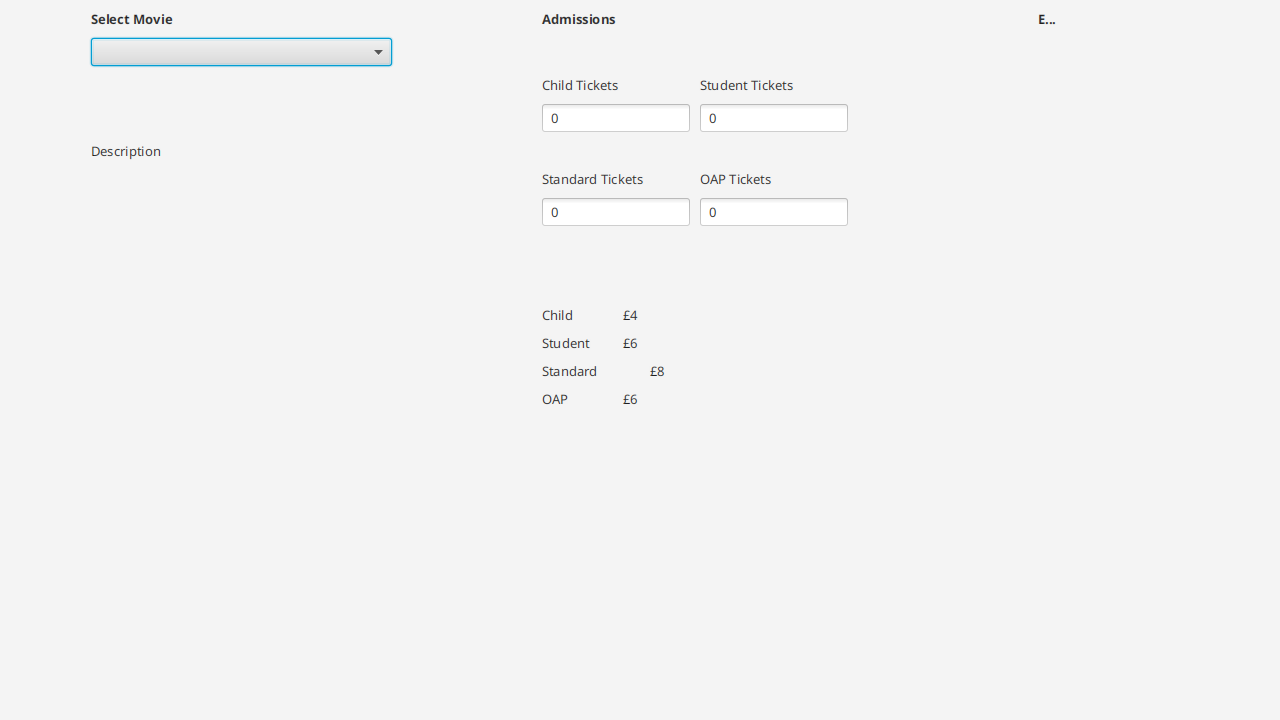
Repository: Singh94/QA-Assessment
Program's window: java QA Cinema/src/qa_cinema/Main.java
An editor plug-in stored every save of this project. The program's window is shown before and after the next save, followed by the edit.
It runs on Java 21 on a 1366 x 768 screen with JavaFX 11; the title bar is not drawn.

Above is the program's window before, as saved 2017-10-25 17:31:39.

### QA Cinema/src/qa_cinema/Main.java
package qa_cinema;

import javafx.application.Application;
import javafx.fxml.FXMLLoader;
import javafx.stage.Stage;
import qa_cinema.Tickets.AdultTicket;
import qa_cinema.Tickets.ChildTicket;
import qa_cinema.Tickets.OAPTicket;
import qa_cinema.Tickets.StudentTicket;
import qa_cinema.Tickets.Tickets;
import qa_cinema.movies.movies.Movies;
import javafx.scene.Parent;
import javafx.scene.Scene;
import javafx.scene.control.Alert;
import javafx.scene.control.Alert.AlertType;
import javafx.scene.control.Button;
import javafx.scene.control.ComboBox;
import javafx.scene.control.Label;
import javafx.scene.control.TextField;
import javafx.scene.layout.BorderPane;
import javafx.scene.layout.GridPane;
import javafx.scene.layout.HBox;
import javafx.scene.layout.StackPane;
import javafx.scene.layout.VBox;

import java.text.DateFormatSymbols;
import java.util.Calendar;


public class Main extends Application {

	protected int totalTickets;
	private static int total;
	private int totalPrice;
	private String isWed;
	private int discountFactor = 2;


	public static void main(String[] args) {
		launch(args);
	}

	@Override
	public void start(Stage primaryStage) throws Exception {
		Label lbl_selectMovie = new Label("Select Movie");
			ComboBox<Movies> cbxMovies = new ComboBox<Movies>();
			Label lbl_description = new Label("Description");
		Label lbl_tickets = new Label("Admissions");
			Label lbl_child = new Label("Child Tickets");
			Label lbl_student = new Label("Student Tickets");
			Label lbl_adult = new Label("Standard Tickets");
			Label lbl_oap = new Label("OAP Tickets");
			Label lbl_childprice = new Label("Child\t\t£4");
			Label lbl_studentprice = new Label("Student\t\t£6");
			Label lbl_adultprice = new Label("Standard\t\t£8");
			Label lbl_oapprice = new Label("OAP\t\t\t£6");
		Label lbl_extras = new Label("Extras");
		Button btn_reset = new Button("Reset");
		Button btn_purchase = new Button("Purchase");
		Label lbl_txttotal = new Label("Total Tickets");

		ChildTicket cxT = new ChildTicket(total);
		StudentTicket sxT = new StudentTicket(total);
		AdultTicket axT = new AdultTicket(total);
		OAPTicket snxT = new OAPTicket(total);

		String dayNames[] = new DateFormatSymbols().getWeekdays();
	      Calendar date2 = Calendar.getInstance();
	      isWed = (dayNames[date2.get(Calendar.DAY_OF_WEEK)]);


		lbl_selectMovie.getStyleClass().add("lbl_movies");
		GridPane.setConstraints(lbl_selectMovie, 5,  1);
			cbxMovies.getItems().setAll(Movies.values());
			cbxMovies.getSelectionModel().select(0);
			GridPane.setConstraints(cbxMovies,  5,  2);
			lbl_description.getStyleClass().add("");
			GridPane.setConstraints(lbl_description, 5, 5);

		lbl_tickets.getStyleClass().add("lbl_tickets");
		GridPane.setConstraints(lbl_tickets, 20,  1);

		lbl_child.getStyleClass().add("lbl_child");
		GridPane.setConstraints(lbl_child, 20, 3);
			TextField txt_child = new TextField("0");
			GridPane.setConstraints(txt_child, 20, 4);


		lbl_student.getStyleClass().add("lbl_student");
		GridPane.setConstraints(lbl_student,21, 3);
			TextField txt_student = new TextField("0");
			GridPane.setConstraints(txt_student, 21, 4);

		lbl_adult.getStyleClass().add("lbl_adult");
		GridPane.setConstraints(lbl_adult, 20, 6);
			TextField txt_adult = new TextField("0");
			GridPane.setConstraints(txt_adult, 20, 7);

		lbl_oap.getStyleClass().add("lbl_oap");
		GridPane.setConstraints(lbl_oap, 21, 6);
			TextField txt_oap = new TextField("0");
			GridPane.setConstraints(txt_oap, 21, 7);

		lbl_extras.getStyleClass().add("lbl_extras");
		GridPane.setConstraints(lbl_extras, 40,  1);

		lbl_childprice.getStyleClass().add("");
		GridPane.setConstraints(lbl_childprice, 20, 15);
		lbl_studentprice.getStyleClass().add("");
		GridPane.setConstraints(lbl_studentprice, 20, 16);
		lbl_adultprice.getStyleClass().add("");
		GridPane.setConstraints(lbl_adultprice, 20, 17);
		lbl_oapprice.getStyleClass().add("");
		GridPane.setConstraints(lbl_oapprice, 20, 18);


		btn_reset.setOnAction(e -> {
			cbxMovies.getSelectionModel().select(0);
			txt_child.setText("0");
			txt_student.setText("0");
			txt_adult.setText("0");
			txt_oap.setText("0");
		});

		btn_purchase.setOnAction(e -> {
			int childTicketTotal = Integer.valueOf(txt_child.getText()); //Amount of child tickets
			int studentTicketTotal = Integer.valueOf(txt_student.getText()); //Amount of student tickets
			int adultTicketTotal = Integer.valueOf(txt_adult.getText()); //Amount of standard tickets
			int oapTicketTotal = Integer.valueOf(txt_oap.getText()); //Amount of oap tickets

			totalTickets = (Integer.valueOf(txt_child.getText()) +
					 			Integer.valueOf(txt_student.getText()) +
					 			Integer.valueOf(txt_adult.getText()) +
					 			Integer.valueOf(txt_oap.getText()));

			childTicketTotal = cxT.getCTTotal(childTicketTotal);
			studentTicketTotal = sxT.getSTTotal(studentTicketTotal);
			adultTicketTotal = axT.getATTotal(adultTicketTotal);
			oapTicketTotal = snxT.getSNTTotal(oapTicketTotal);



			if(isWed == "Wednesday") {
				totalPrice = ((childTicketTotal + studentTicketTotal + adultTicketTotal + oapTicketTotal) - (discountFactor * totalTickets));
			}
			else {
				totalPrice = (childTicketTotal + studentTicketTotal + adultTicketTotal + oapTicketTotal);
			}

			Alert alert = new Alert(AlertType.INFORMATION);
			String a = "£ " + Integer.toString(totalPrice);




			alert.setContentText(a);
			alert.setTitle("Confirmation");
			alert.setHeaderText("Total for the tickets purchased");
			alert.showAndWait();
		});



		btn_reset.getStyleClass().add("btn_reset");
		GridPane.setConstraints(btn_reset, 1, 50);

		btn_purchase.getStyleClass().add("btn_purchase");
		GridPane.setConstraints(btn_purchase, 55, 50);



		GridPane grid = new GridPane();
		grid.setHgap(10);
		grid.setVgap(10);

		grid.getStylesheets().add(getClass().getResource("application.css").toExternalForm());
		grid.getChildren().addAll(lbl_selectMovie, cbxMovies,
										lbl_description,
									lbl_tickets, lbl_child, lbl_student, lbl_adult, lbl_oap,
										txt_child, txt_student, txt_adult, txt_oap,
										lbl_childprice, lbl_studentprice, lbl_adultprice, lbl_oapprice,
									btn_reset, btn_purchase,
									lbl_extras);


		primaryStage.setTitle("QA Cinemas");
		primaryStage.setResizable(false);
		primaryStage.setScene(new Scene(grid, 1280, 720));
		primaryStage.show();
	}
}

### QA Cinema/src/qa_cinema/Tickets/Tickets.java
package qa_cinema.Tickets;

public class Tickets {

	protected int numberOfTickets;

	public Tickets(int numberOfTickets) {
		this.numberOfTickets = numberOfTickets;
	}

}

### QA Cinema/src/qa_cinema/Tickets/ChildTicket.java
package qa_cinema.Tickets;

public class ChildTicket extends Tickets {

	private int price = 4;
	int total;

	public ChildTicket(int numberOfTickets) {
		super(numberOfTickets);
		this.numberOfTickets = numberOfTickets;
	}

	public int getCTPrice() {
		return price;
	}

	public int getCTTotal(int numberOfTickets) {
		total = (price * numberOfTickets);
		return total;
	}
}

### QA Cinema/src/qa_cinema/Tickets/StudentTicket.java
package qa_cinema.Tickets;

public class StudentTicket extends Tickets {

	private int price = 6;
	int total;

	public StudentTicket(int numberOfTickets) {
		super(numberOfTickets);
		this.numberOfTickets = numberOfTickets;
	}

	public int getCTPrice() {
		return price;
	}

	public int getSTTotal(int numberOfTickets) {
		total = (price * numberOfTickets);
		return total;
	}
}

### QA Cinema/src/qa_cinema/Tickets/AdultTicket.java
package qa_cinema.Tickets;

public class AdultTicket extends Tickets {

	private int price = 4;
	int total;

	public AdultTicket(int numberOfTickets) {
		super(numberOfTickets);
		this.numberOfTickets = numberOfTickets;
	}

	public int getCTPrice() {
		return price;
	}

	public int getATTotal(int numberOfTickets) {
		total = (price * numberOfTickets);
		return total;
	}
}

### QA Cinema/src/qa_cinema/Tickets/OAPTicket.java
package qa_cinema.Tickets;

public class OAPTicket extends Tickets {

	private int price = 4;
	int total;

	public OAPTicket(int numberOfTickets) {
		super(numberOfTickets);
		this.numberOfTickets = numberOfTickets;
	}

	public int getCTPrice() {
		return price;
	}

	public int getSNTTotal(int numberOfTickets) {
		total = (price * numberOfTickets);
		return total;
	}
}

### QA Cinema/src/qa_cinema/movies/movies.java
package qa_cinema.movies;

public class movies {
	public enum Movies {
		M0(""),
		M1("Blade Runner 2049"),
		M2("Star Wars: The Last Jedi"),
		M3("IT"),
		M4("Justice League"),
		M5("Kingsman: The Golden Circle"),
		M6("Professor Marston and the Wonder Woman"),
		M7("The Dark Tower"),
		M8("Thor: Ragnarok"),
		M9("The Snowman"),
		M10("War for the Planet of the Apes");

		private String label;

		private Movies(String movie) {
			this.label = movie;
		}

		public String toString() {
			return label;
		}
	}
}

### QA Cinema/src/qa_cinema/application.css

.root {
	-fx-text-fill: black;
}

.lbl_movies {
	-fx-font-weight: bold;
}

.lbl_tickets {
	-fx-font-weight: bold;
}

.lbl_child {
}

.lbl_student {
}

.lbl_adult {
}

.lbl_oap {
}

.lbl_extras {
	-fx-font-weight: bold;
}

.lbl_total {
	-fx-font-weight: bold;
	-fx-font-size: 15;
}


.btn_reset {
	-fx-border-radius: 30;
	-fx-font-weight: bold;
	-fx-background-radius: 75;
}

.btn_reset:hover {
	-fx-text-fill: red;
}

.btn_purchase {
	-fx-border-radius: 30;
	-fx-font-weight: bold;
	-fx-background-radius: 75;
}

.btn_purchase:hover {
	-fx-text-fill: green;
}

After the next save:
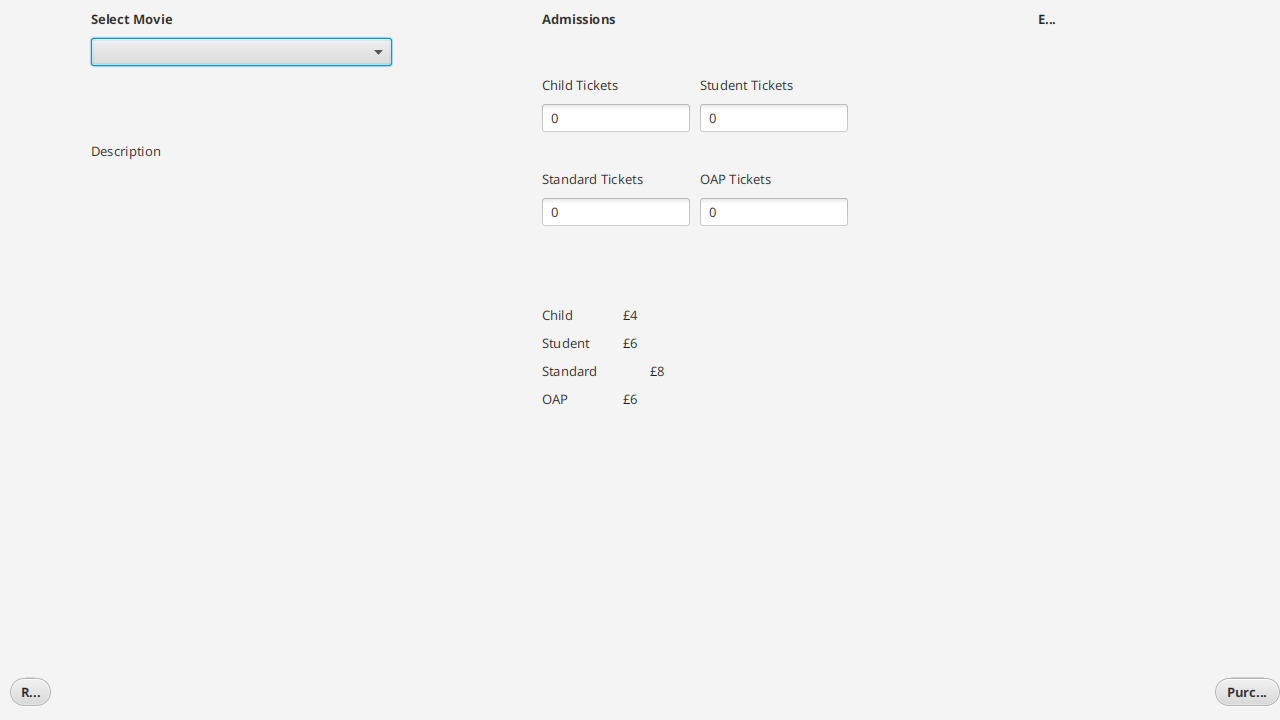
Saved 3 min 16 s later.
--- a/QA Cinema/src/qa_cinema/Main.java
+++ b/QA Cinema/src/qa_cinema/Main.java
@@ -162,10 +162,10 @@
 
 
 		btn_reset.getStyleClass().add("btn_reset");
-		GridPane.setConstraints(btn_reset, 1, 50);
+		GridPane.setConstraints(btn_reset, 1, 45);
 
 		btn_purchase.getStyleClass().add("btn_purchase");
-		GridPane.setConstraints(btn_purchase, 55, 50);
+		GridPane.setConstraints(btn_purchase, 55, 45);
 
 
 
